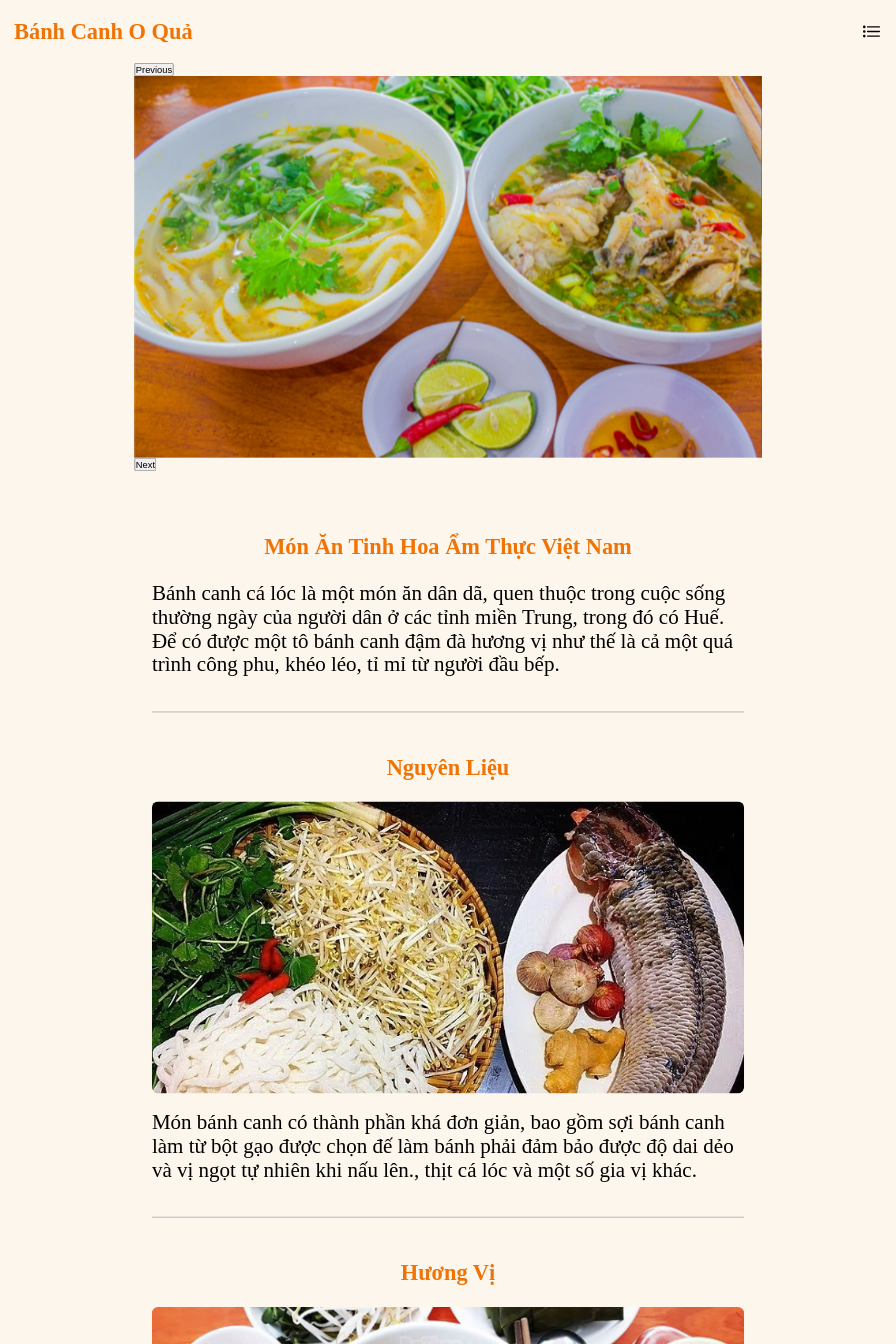
Repository: LeCongTuan2608/AmThuc
Page: public/index.html
These files come from the project's save history. The page is drawn as it stood at one moment and after the next save; the edit follows.
The browser window is 1280 px wide. The pictures show the part of the page from y = 0 to 1920 px (the page is 3510 px tall before and 3492 px after), at 70% of full size.
Some web fonts or font styles are not loaded; a fallback is used. Some web libraries are served in a nearby version. The style sheet was rebuilt from its Sass, Less or Tailwind sources for each picture, by a compiler version that may differ from the author's.

Above is the page before, as saved 2022-04-15 13:15:56.

After the next save:
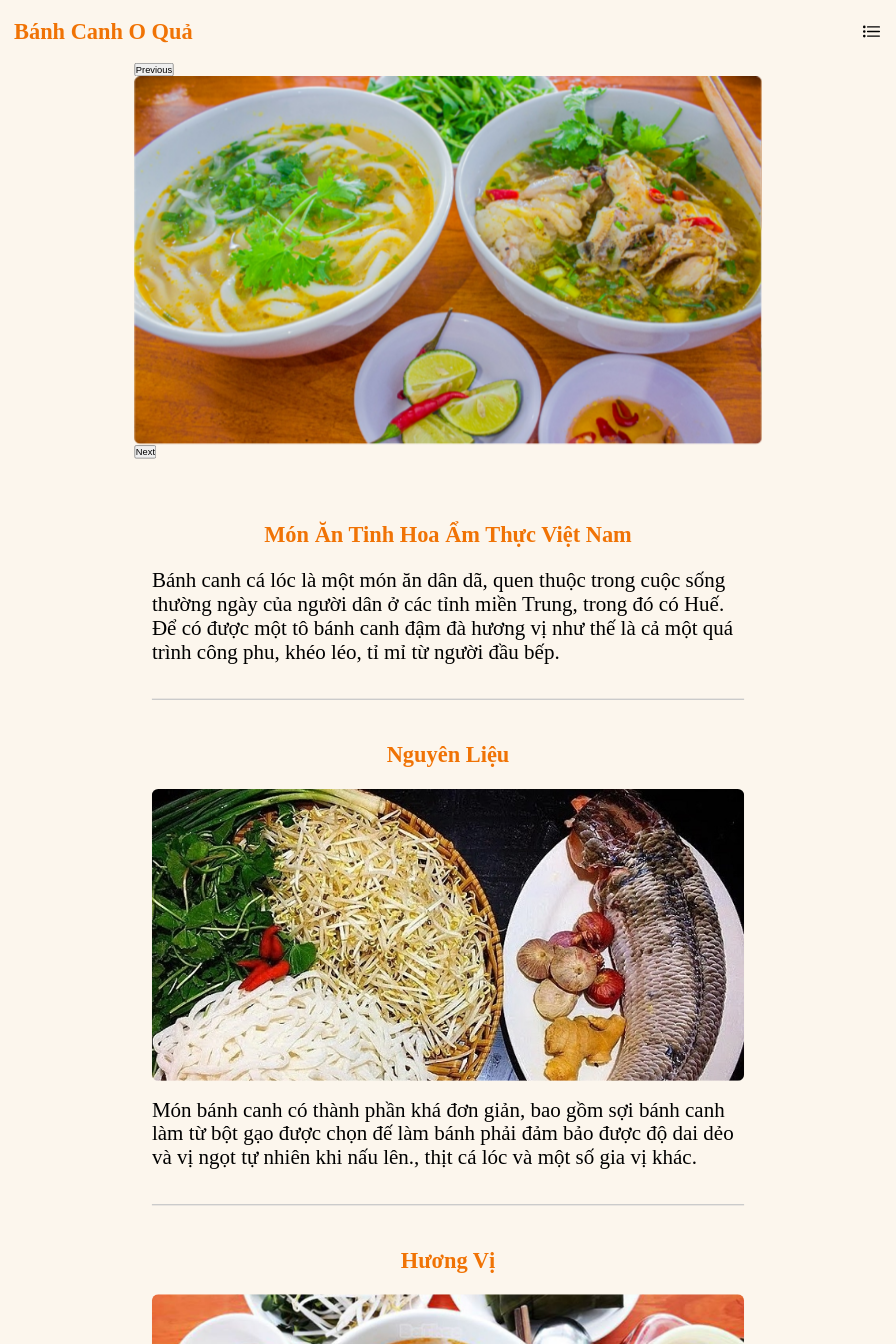
Saved 41 s later.
--- a/sass/index.scss
+++ b/sass/index.scss
@@ -44,10 +44,10 @@ main #container{
 }
 #top {
 }
-#image{
+.image{
     height: 100%;
 }
-#image img{
+.image img{
     width: 100%;
     height: 100%;
     border-radius: 8px;
